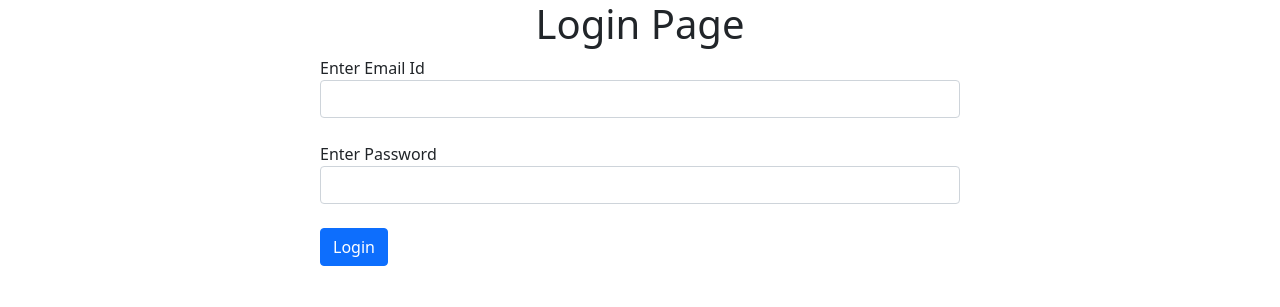
Repository: becoderpavy/servlet_tutorials
Page: 3_RequestDispatch_Example/src/main/webapp/login.html
The author's editor kept a copy of each file at every save. The page is drawn from the files as they stood at one save, then again after the next save.
The browser window is 1280 px wide. The pictures show the whole page.

Above is the page before, as saved 2023-06-09 16:43:39.

After the next save:
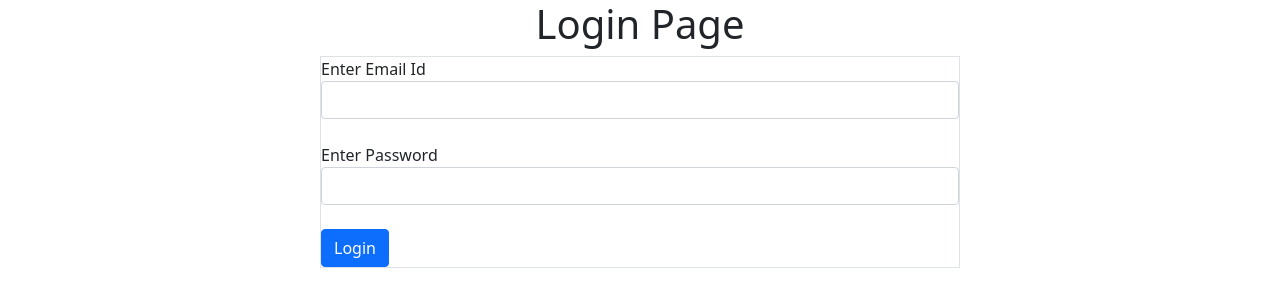
Saved 9 s later.
--- a/3_RequestDispatch_Example/src/main/webapp/login.html
+++ b/3_RequestDispatch_Example/src/main/webapp/login.html
@@ -11,7 +11,7 @@
 </head>
 <body>
 	<h1 class="text-center">Login Page</h1>
-	<div class=" col-md-6 offset-md-3 border-1">
+	<div class=" col-md-6 offset-md-3 border">
 		<form>
 			<label>Enter Email Id</label>
 			<input type="text" name="email" class="form-control">
